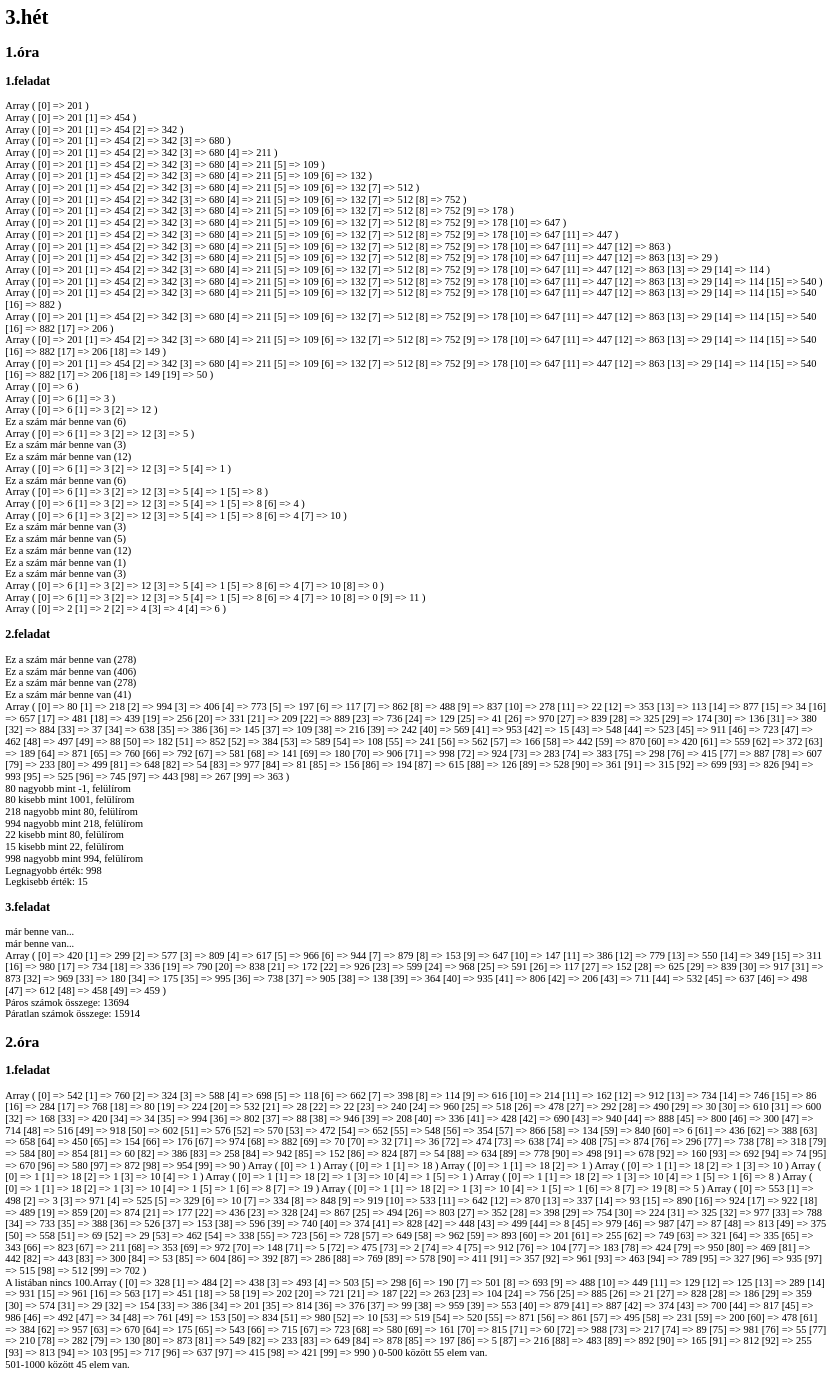
Repository: doomhyena/htdocs
Page: http://localhost/03.Week/index.php
These files come from the project's save history. The page is drawn as it stood at one moment and after the next save; the edit follows.
The browser window is 1280 px wide. The pictures show the whole page, at 65% of full size.
The page is run by PHP 8.4 with error messages shown; the project is at /var/www/html/.

Above is the page before, as saved 2024-09-20 11:28:55.

### 03.Week/index.php
<?php

// -----------------------------------------------------------------------------------------------------------------
// Első óra 2024/09/16 HÉTFŐ
// -----------------------------------------------------------------------------------------------------------------

echo "<h1>3.hét</h1>";
echo "<h2>1.óra</h2>";
echo "<h3>1.feladat</h3>";

/*
	 Feladat:

	 Hozz létre egy üres listát.
	 Állíts be egy FOR ciklust úgy, hogy 20x fusson le.
	 Minden lefutáskor generáltass egy random számot.
	 Ezt a random számot add hozzá a listához.
	 Minden lefutáskor írasd ki a lista tartalmát.
*/
	 $lista = array(); //lista létrerhozása

	 for($i=0;$i<20;$i++){ // for ciklus ami 20x fut let

		 $randomszam = rand(0, 1000); //random szám generálása 0 és 1000 kzött

		 array_push($lista, $randomszam); // belerakjuk a listába a randomszámot

		 print_r($lista); // lista kiírása
		 echo "<br>"; // sortörés

	 }

	$lista = array(); //lista létrerhozása

	 while(count($lista) < 10){ // while ciklus létrehozása

		 $randomszam = rand(0, 12); //random szám generálása 0 és 12 kzött

		 if(in_array($randomszam, $lista)){ // HA a szám szerepel már  a listában

			 echo "Ez a szám már benne van ($randomszam)<br>"; // kiírjuk, hogy a szám szerepl már a listában

		 }
		 else{ // Ha nem szerepel a listában

			 array_push($lista, $randomszam); // belerakjuk a randomszámot a listába

			 print_r($lista); // listakiírása
			 echo "<br>"; //sortörés

		 }

	 }

	 $lista = array(1, 2, 3, 4, 5);

	 for($i=0;$i<count($lista);$i++){

		 if($lista[$i]%2 == 1){
			 $lista[$i]++;
		 }

	 }

	 print_r($lista);
     echo "<h3>2.feladat</h3>";
/*
	 Feladat:

		 Tölts fel egy listát 100 darab random számmal 0 és 1000 között. (Egy szám csak egyszer szerepelhessen a listában)
*/
	 $lista = array();

	 while(count($lista) < 100){

		 $randomszam = rand(0, 1000);

		 if(in_array($randomszam, $lista)){
			 echo "Ez a szám már benne van ($randomszam)<br>";
		 }
		 else{
			 array_push($lista, $randomszam);

		 }

	 }

	 print_r($lista);
	 echo "<br>";

	 $legnagyobb = -1;
	 $legkisebb = 1001;

	 for($i=0;$i<count($lista);$i++){

		 if($lista[$i] > $legnagyobb){
			 echo "$lista[$i] nagyobb mint $legnagyobb, felülírom<br>";
			 $legnagyobb = $lista[$i];
		 }

		 if($lista[$i] < $legkisebb){
			 echo "$lista[$i] kisebb mint $legkisebb, felülírom<br>";
			 $legkisebb = $lista[$i];
		 }
	 }

	 echo "Legnagyobb érték: $legnagyobb<br>";
	 echo "Legkisebb érték: $legkisebb<br>";
     echo "<h3>3.feladat</h3>";

/*
	 Feladat

	 Hozz létre egy üres listát.
	 While ciklussal töltsd fel 50 random számmal 0 és 1000 között.
	 Készíts egy-egy
		 $parosak = 0;
		 $paratlanok = 0;
			 változót.
	 For ciklussal vizsgáld meg az összes számot.
	 Ha a lista adott eleme osztható kettővel, akkor az értékét add hozzá a $parosak változóhoz.
	 Ha nem osztható kettővel, akkor pedig a $páratlanok-hoz.
*/
	 $lista = array();

	 while(count($lista) < 50){

		 $randomszam = rand(0, 1000);

		 if(in_array($randomszam, $lista)){
			 echo "már benne van...<br>";
		 }
		 else{
			 array_push($lista, $randomszam);
		 }

	 }

	 print_r($lista);

	 $parosak = 0;
	 $paratlanok = 0;

	 for($i=0;$i<count($lista);$i++){

		 if($lista[$i]%2 == 0){
			 $parosak = $parosak + $lista[$i];
		 }
		 else{
			 $paratlanok = $paratlanok + $lista[$i];
		 }

	 }

	 echo "<br>Páros számok összege: $parosak<br>";
	 echo "Páratlan számok összege: $paratlanok";

     echo "<h2>2.óra</h2>";
     echo "<h3>1.feladat</h3>";

	//  Készíts egy 100 számból álló listát, amiben csak páros számok vannak.

	 $lista = array();

	 while(count($lista) < 100){

		 $randomszam = rand(0, 1000);

		 if(!in_array($randomszam, $lista)){

			 if($randomszam%2 == 0){

				 array_push($lista, $randomszam);

			 }

		 }

	 }

	 print_r($lista);

	 // Igaz hamis
	 $igaz = true;
	 $hamis = false;

	 // Addig fusson a ciklus, amíg nem találunk ötös számot a listában

	 $igaz_hamis = true;

	 $lista = array();

	 while($igaz_hamis){

		 $randomszam = rand(0, 20);

		 array_push($lista, $randomszam);

		 print_r($lista);

		 if(in_array(5, $lista)){
			 $igaz_hamis = false;
		 }

	 }

	 $lista = array();

	 while(count($lista) < 100){

		 $randomszam = rand(0, 1000);

		 if(!in_array($randomszam, $lista)){

			 array_push($lista, $randomszam);

		 }

	 }

	 $van_e_szaz = false;

	 for($i=0;$i<count($lista);$i++){

		 if($lista[$i] == 100){
			 $van_e_szaz = true;
		}
    }


	print_r($lista);
	echo "<br>";

	 if($van_e_szaz){
		 echo "A listában van 100.";
	 }
	 else{
		 echo "A listában nincs 100.";
	 }

/*
	 Feladat:

	 Tölts fel egy listát 100 darab különböző számmal 0 és 1000 között.
	 For ciklus segítségével számold meg, hogy hány darab szám van 0 és 500, 501 és 1000 között.
*/
	$lista = array();

	while(count($lista) < 100){

		$randomszam = rand(0, 1000);

		if(!in_array($randomszam, $lista)){
			array_push($lista, $randomszam);
		}

	}

	print_r($lista);

	$nulla_otszaz = 0;
	$otszazegy_ezer = 0;

	for($i=0;$i<count($lista);$i++){

		if($lista[$i] < 501){
			$nulla_otszaz++;
		}
		else{
			$otszazegy_ezer++;
		}
	}  // Ez a záró zárójel hiányzott

	//játkkulcs generátor
	//tömbök a tömbökben jövőhéten + rendezések 2024.09.16
	echo "0-500 között $nulla_otszaz elem van.<br>";
	echo "501-1000 között $otszazegy_ezer elem van.";


// -----------------------------------------------------------------------------------------------------------------
// Második óra 2024/09/09 HÉTFŐ
// -----------------------------------------------------------------------------------------------------------------

?>

After the next save:
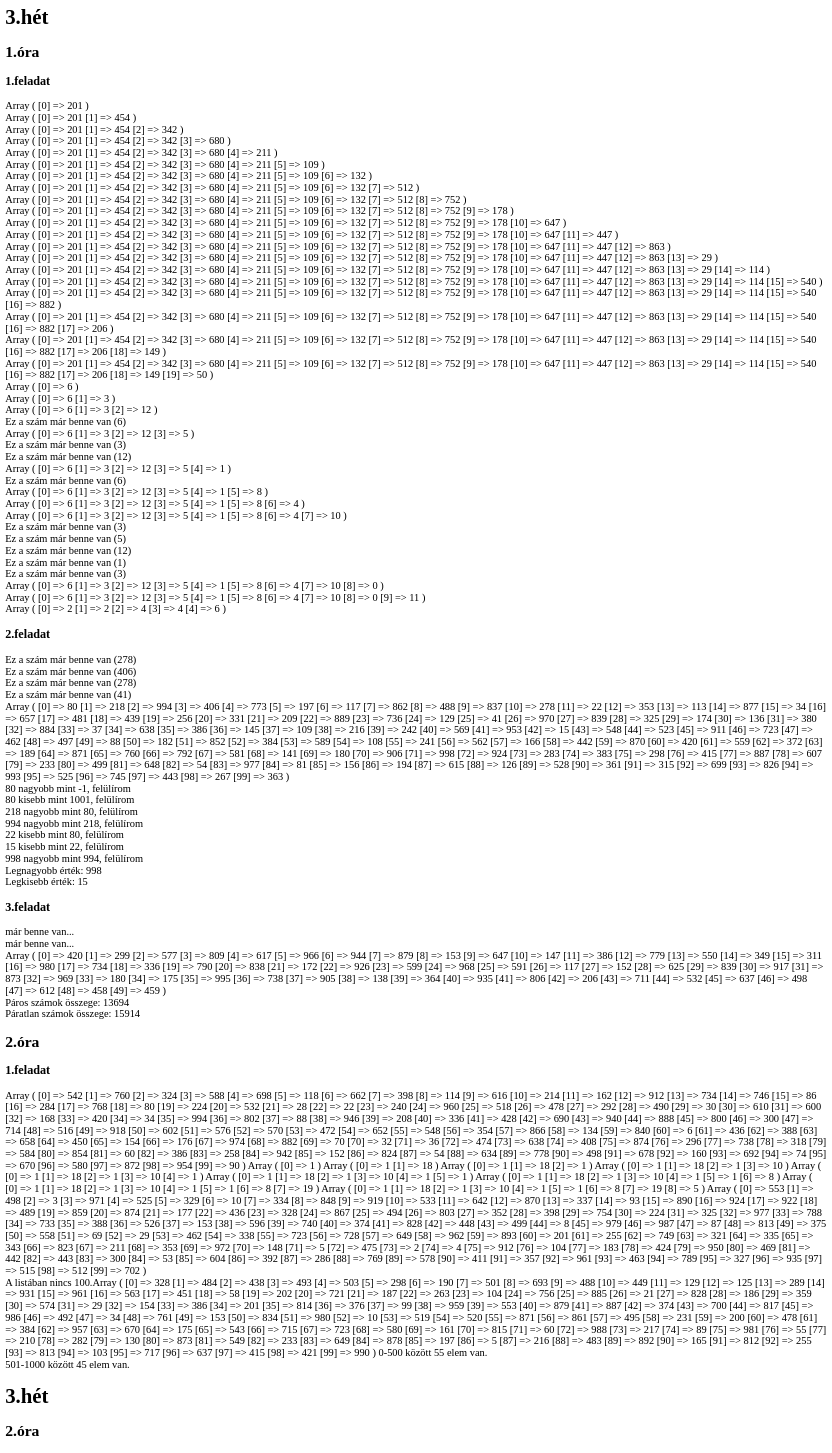
Saved 17 s later.
--- a/03.Week/index.php
+++ b/03.Week/index.php
@@ -281,4 +281,7 @@
 // Második óra 2024/09/09 HÉTFŐ
 // -----------------------------------------------------------------------------------------------------------------
 
+echo "<h1>3.hét</h1>";
+echo "<h2>2.óra</h2>";
+
 ?>
